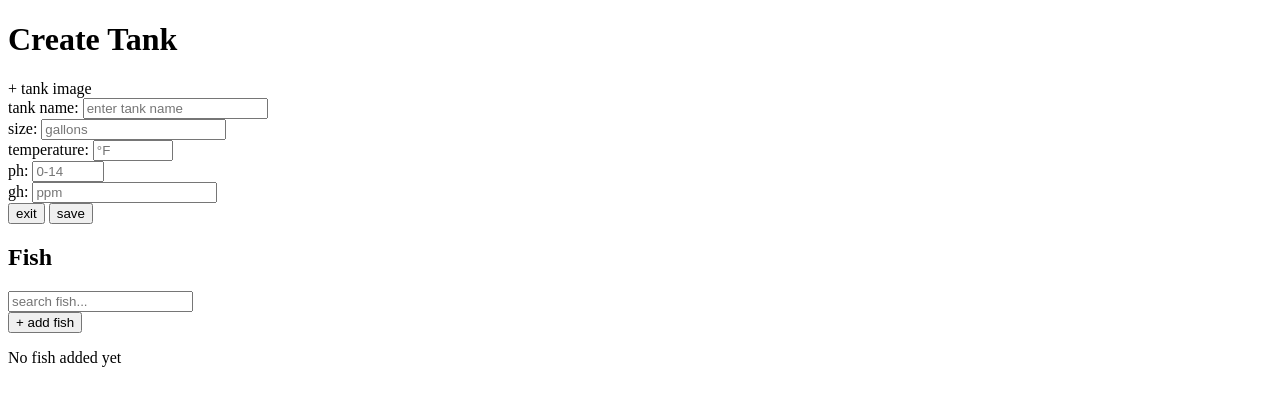
Repository: ChristopherCardoza/Web-1-AquariumManager-Final-Project-2025
Page: AquariumManager/features/create-tank/create-tank.html
These files come from the project's save history. The page is drawn as it stood at one moment and after the next save; the edit follows.
The browser window is 1280 px wide. The pictures show the whole page.

Above is the page before, as saved 2025-12-24 01:28:24.

### AquariumManager/features/create-tank/create-tank.html
<!DOCTYPE html>
<html lang="en">
  <head>
    <meta charset="UTF-8" />
    <meta name="viewport" content="width=device-width, initial-scale=1.0" />
    <title>Create Tank</title>

    <script
      src="https://code.jquery.com/jquery-3.7.1.min.js"
      integrity="sha256-/JqT3SQfawRcv/BIHPThkBvs0OEvtFFmqPF/lYI/Cxo="
      crossorigin="anonymous"
    ></script>

    <link rel="stylesheet" href="create-tank.css" type="text/css" />
    <script type="module" defer src="create-tank.js"></script>
  </head>
  <body>
    <div class="create-tank-container">
      <div class="create-tank-card glass-card">
        <h1 class="page-title">Create Tank</h1>

        <div class="tank-form-layout">
          <!-- Left Panel: Tank Details -->
          <div class="tank-details-panel">
            <!-- Tank Image Upload -->
            <div class="tank-image-section">
              <label for="tank-image-upload" class="tank-image-upload-label">
                <img
                  id="tank-image-preview"
                  class="tank-image-preview"
                  src=""
                  alt="Tank Image"
                  style="display: none"
                />
                <div class="tank-image-placeholder">
                  <span class="upload-icon">+</span>
                  <span class="upload-text">tank image</span>
                </div>
                <input
                  type="file"
                  id="tank-image-upload"
                  name="tankImage"
                  accept="image/*"
                  style="display: none"
                />
              </label>
            </div>

            <!-- Tank Form Fields -->
            <div class="tank-form-fields">
              <div class="form-field">
                <label for="tank-name" class="field-label">tank name:</label>
                <input
                  type="text"
                  id="tank-name"
                  class="input"
                  placeholder="enter tank name"
                  maxlength="100"
                />
              </div>

              <div class="form-field">
                <label for="tank-size" class="field-label">size:</label>
                <input
                  type="number"
                  id="tank-size"
                  class="input"
                  placeholder="gallons"
                  min="1"
                  step="0.1"
                />
              </div>

              <div class="form-field">
                <label for="tank-temperature" class="field-label"
                  >temperature:</label
                >
                <input
                  type="number"
                  id="tank-temperature"
                  class="input"
                  placeholder="°F"
                  min="0"
                  max="100"
                  step="0.1"
                />
              </div>

              <div class="form-field">
                <label for="tank-ph" class="field-label">ph:</label>
                <input
                  type="number"
                  id="tank-ph"
                  class="input"
                  placeholder="0-14"
                  min="0"
                  max="14"
                  step="0.1"
                />
              </div>

              <div class="form-field">
                <label for="tank-gh" class="field-label">gh:</label>
                <input
                  type="number"
                  id="tank-gh"
                  class="input"
                  placeholder="ppm"
                  min="0"
                  step="1"
                />
              </div>
            </div>

            <!-- Action Buttons -->
            <div class="action-buttons">
              <button id="exit-btn" class="btn btn-secondary">exit</button>
              <button id="save-btn" class="btn btn-primary">save</button>
            </div>
          </div>

          <!-- Right Panel: Fish Selection -->
          <div class="fish-selection-panel glass-card">
            <h2 class="panel-title">Fish</h2>

            <!-- Search Bar -->
            <div class="search-container">
              <input
                type="text"
                id="fish-search"
                class="input search-input"
                placeholder="search fish..."
              />
            </div>

            <!-- Add Fish Button -->
            <button id="add-fish-btn" class="btn btn-primary add-fish-button">
              <span class="add-icon">+</span>
              <span>add fish</span>
            </button>

            <!-- Selected Fish List -->
            <div class="selected-fish-container" id="selected-fish-container">
              <p class="empty-message">No fish added yet</p>
            </div>
          </div>
        </div>
      </div>
    </div>
  </body>
</html>

Loaded but not shown: AquariumManager/features/create-tank/create-tank.css (no stored copy; drawn as an empty file); AquariumManager/features/create-tank/create-tank.js (no stored copy; drawn as an empty file)

After the next save:
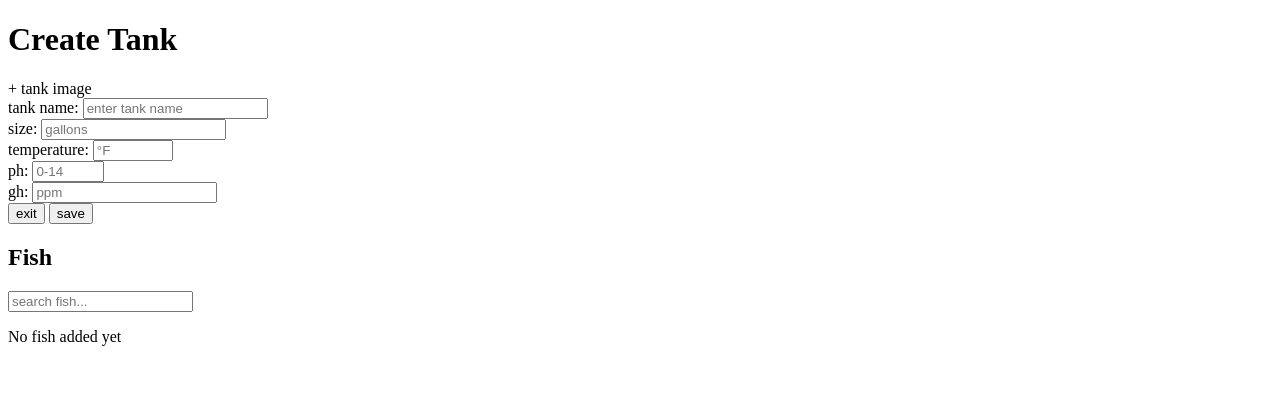
Saved 21 min 22 s later.
--- a/AquariumManager/features/create-tank/create-tank.html
+++ b/AquariumManager/features/create-tank/create-tank.html
@@ -123,21 +123,26 @@
           <div class="fish-selection-panel glass-card">
             <h2 class="panel-title">Fish</h2>
 
-            <!-- Search Bar -->
+            <!-- Search Bar with Suggestions Dropdown -->
             <div class="search-container">
               <input
                 type="text"
                 id="fish-search"
                 class="input search-input"
                 placeholder="search fish..."
+                autocomplete="off"
               />
+              <!-- Search Suggestions Dropdown -->
+              <div
+                id="fish-search-suggestions"
+                class="search-suggestions"
+                style="display: none"
+              >
+                <div id="suggestions-list" class="suggestions-list">
+                  <!-- Suggestions will be dynamically inserted here -->
+                </div>
+              </div>
             </div>
-
-            <!-- Add Fish Button -->
-            <button id="add-fish-btn" class="btn btn-primary add-fish-button">
-              <span class="add-icon">+</span>
-              <span>add fish</span>
-            </button>
 
             <!-- Selected Fish List -->
             <div class="selected-fish-container" id="selected-fish-container">
